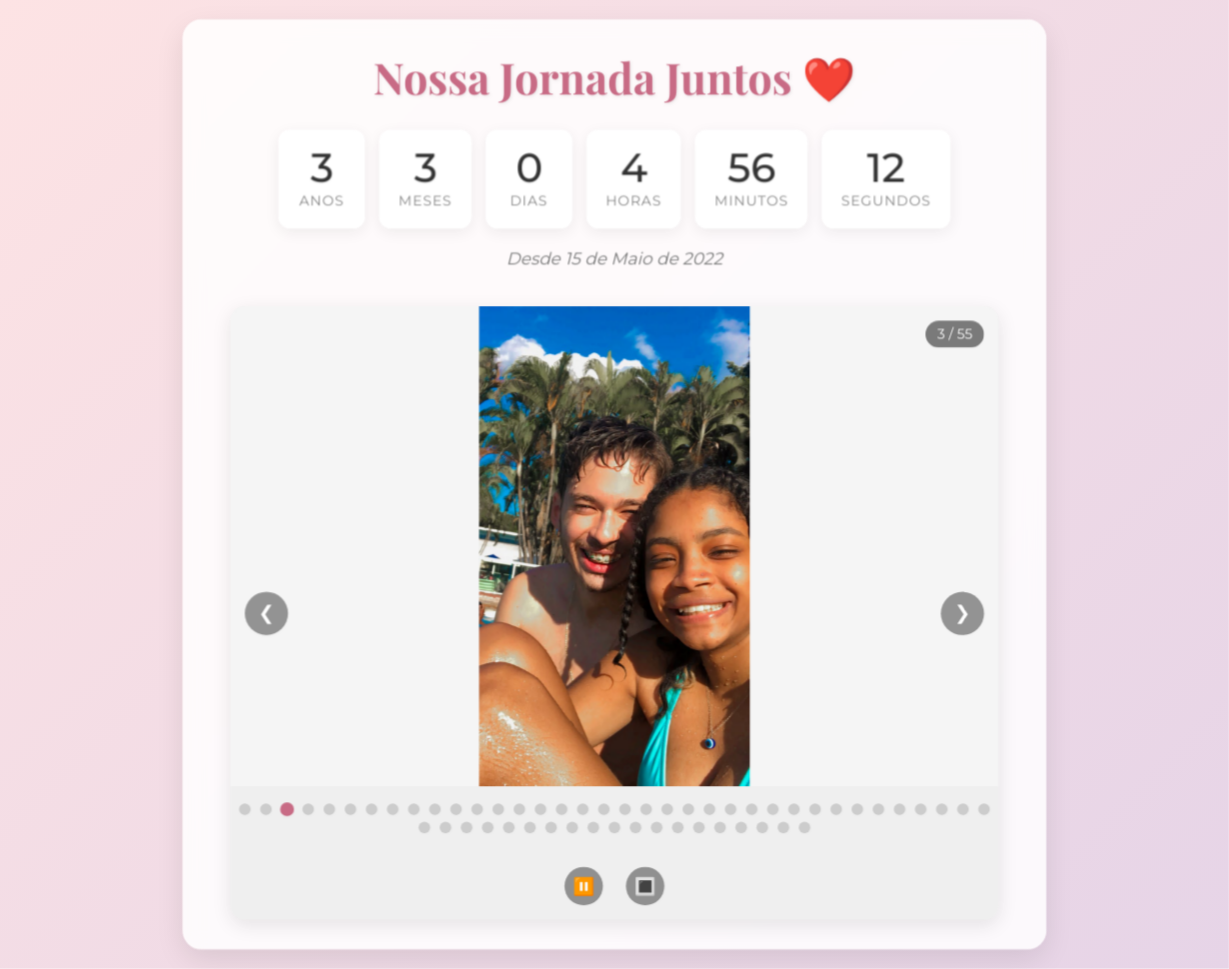
Repository: yan-luca/vic-yan
Page: index.html
These files come from the project's save history. The page is drawn as it stood at one moment and after the next save; the edit follows.
The browser window is 1280 px wide. The pictures show the whole page, at 96% of full size.

Above is the page before, as saved 2025-08-15 00:51:56.

After the next save:
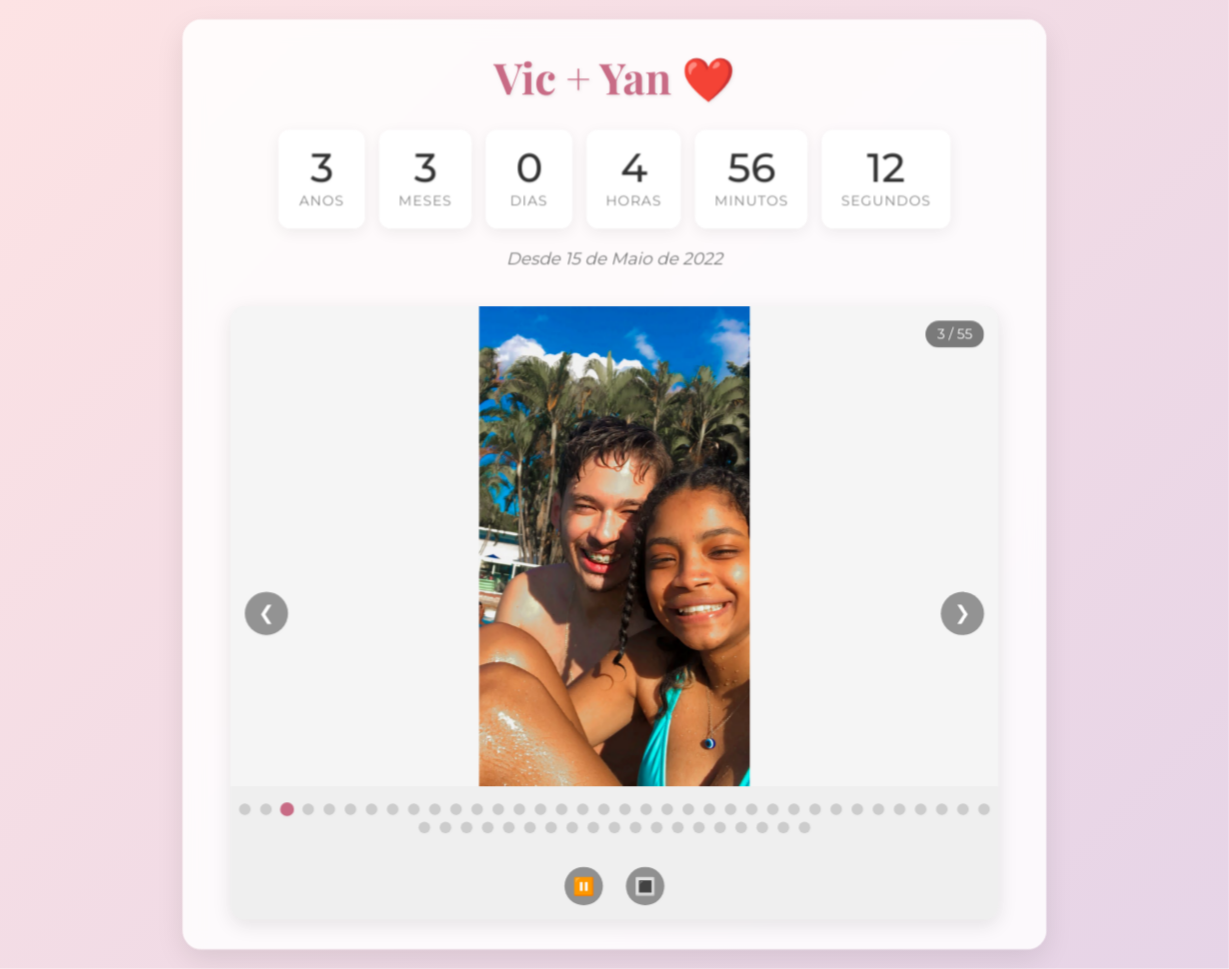
Saved 88 s later.
--- a/index.html
+++ b/index.html
@@ -9,7 +9,7 @@
     <body>
         <div class="container">
             <header>
-                <h1>Nossa Jornada Juntos ❤️</h1>
+                <h1>Vic + Yan ❤️</h1>
                 <div class="counter-container">
                     <div class="counter">
                         <div class="counter-item">
